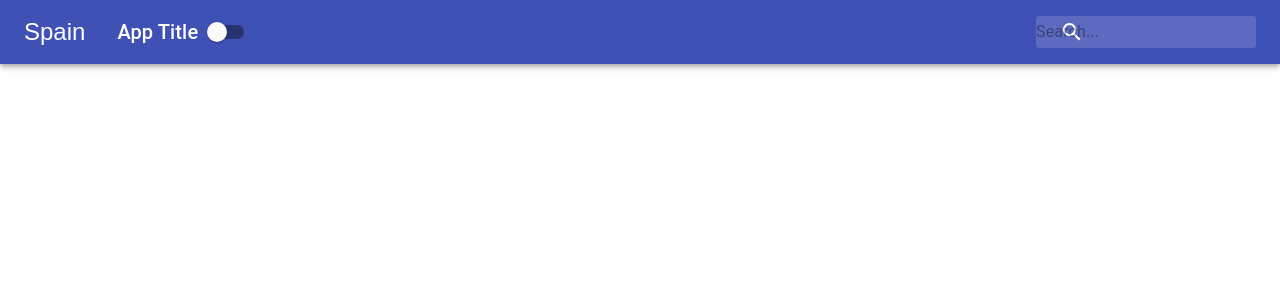
Repository: zhapar/context
Page: /
The author's editor kept a copy of each file at every save. The page is drawn from the files as they stood at one save, then again after a run of saves.
The browser window is 1280 px wide. The pictures show the whole page.
The project was rebuilt for these pictures with package versions that can differ from the ones it lists, and the page was loaded fresh each time.

Above is the page before, as saved 2020-09-29 06:55:03.

After the next 2 saves:
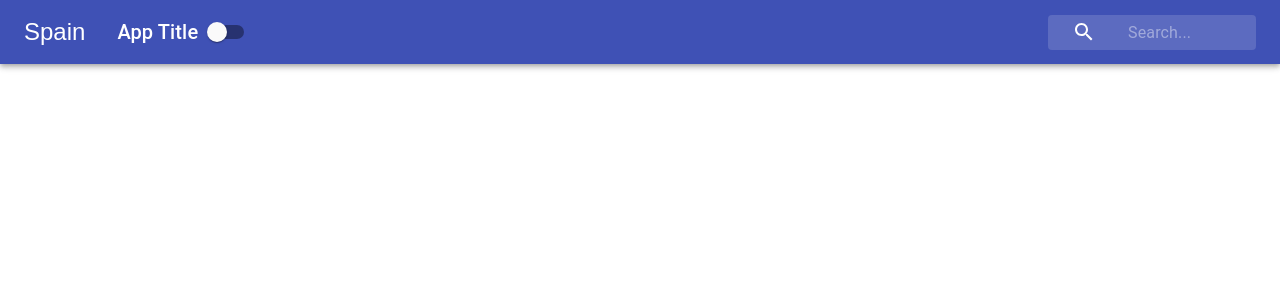
The 2 saves are shown as one change because 1 did not build or start.
The last was saved 3 min 52 s later.
--- a/src/styles/NavBarStyles.js
+++ b/src/styles/NavBarStyles.js
@@ -40,6 +40,24 @@ const styles = (theme) => ({
     alignItems: "center",
     justifyContent: "center",
   },
+  inputRoot: {
+    color: "inherit",
+    width: "100%",
+  },
+  inputInput: {
+    paddingTop: theme.spacing.unit,
+    paddingRight: theme.spacing.unit,
+    paddingBottom: theme.spacing.unit,
+    paddingLeft: theme.spacing.unit * 10,
+    transition: theme.transitions.create("width"),
+    width: "100%",
+    [theme.breakpoints.up("sm")]: {
+      width: "120px",
+      "&:focus": {
+        width: 200,
+      },
+    },
+  },
 });
 
 export default styles;
